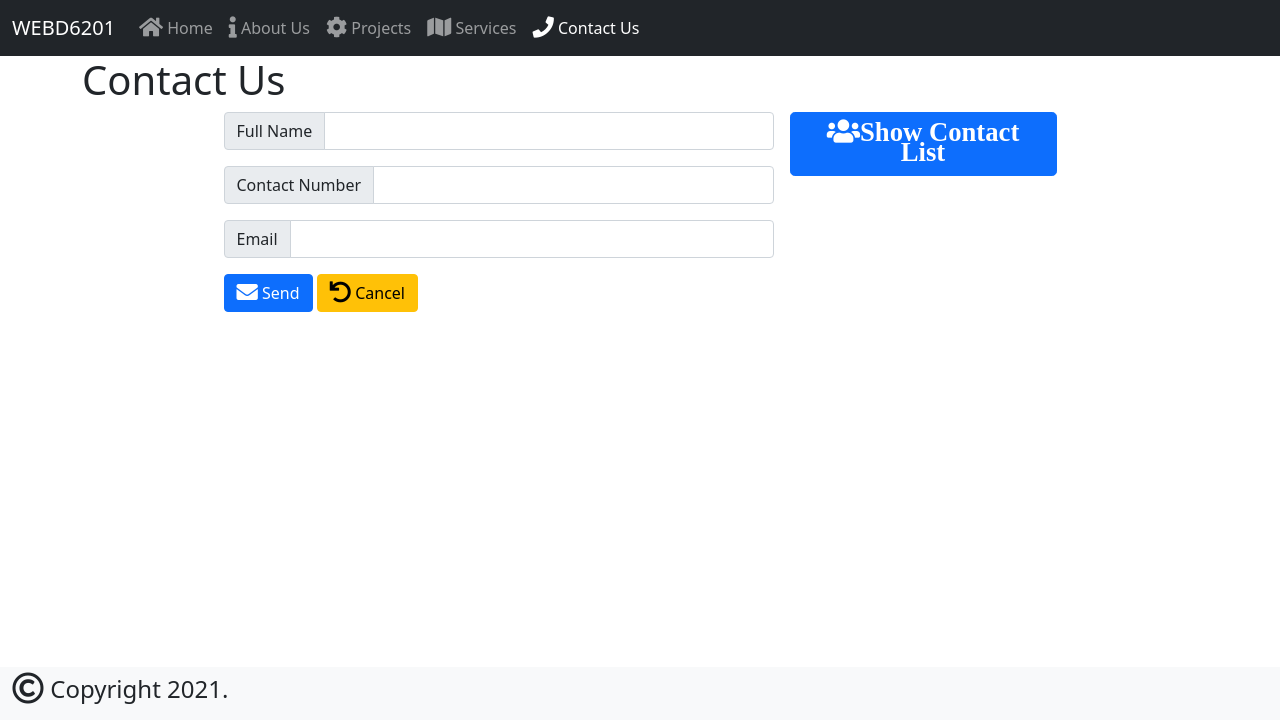
Repository: MuzhdaEhsan/WEBD6201-W2021-Lab1
Page: contact.html
An editor plug-in stored every save of this project. The page is shown before and after the next save, followed by the edit.
The browser window is 1280 px wide. The pictures show the whole page.

Above is the page before, as saved 2021-02-06 18:05:18.
Console error: TypeError: Cannot read properties of null (reading 'addEventListener')

After the next save:
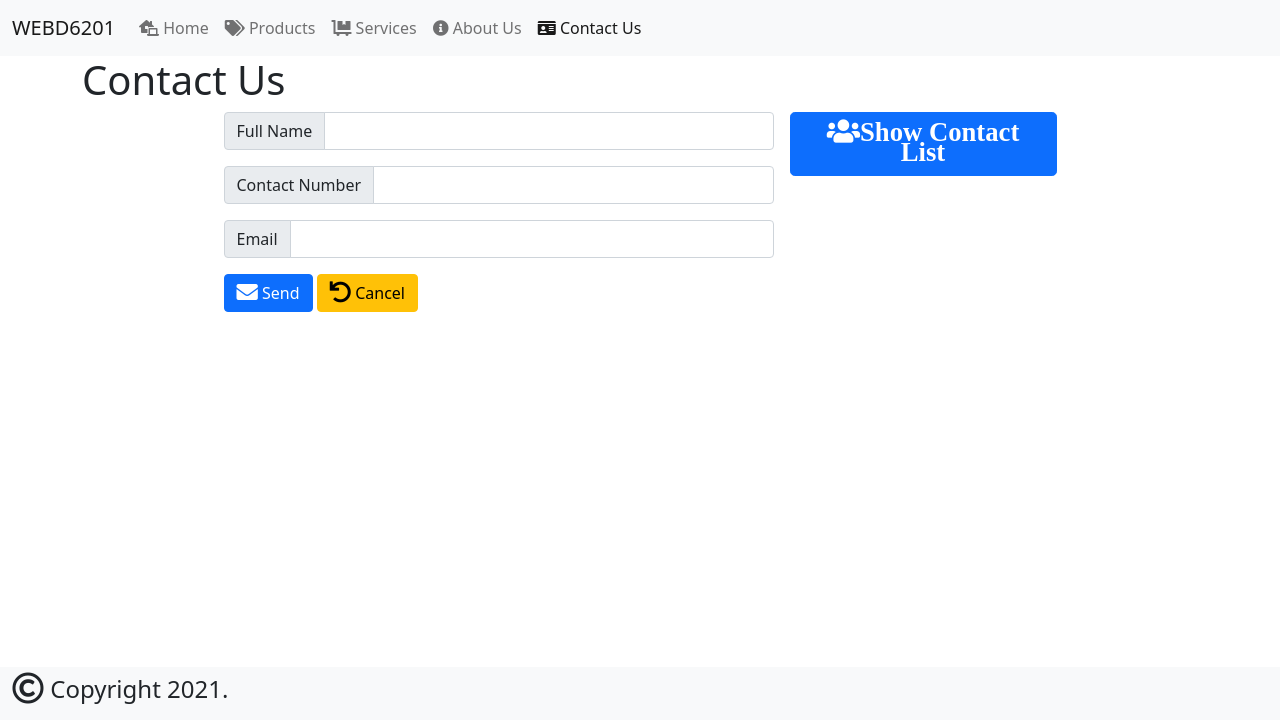
Saved 43 s later.
--- a/contact.html
+++ b/contact.html
@@ -13,37 +13,37 @@
     <!-- Main Header -->
     <header>
         <!-- Main Navigation -->
-        <nav class="navbar navbar-expand-lg navbar-dark bg-dark">
-            <div class="container-fluid">
-              <a class="navbar-brand" href="index.html">WEBD6201</a>
-              <button class="navbar-toggler" type="button" data-bs-toggle="collapse" data-bs-target="#navbarSupportedContent" aria-controls="navbarSupportedContent" aria-expanded="false" aria-label="Toggle navigation">
-                <span class="navbar-toggler-icon"></span>
-              </button>
-              <div class="collapse navbar-collapse" id="navbarSupportedContent">
-                <ul class="navbar-nav me-auto mb-2 mb-lg-0">
-                  <li class="nav-item">
-                    <a class="nav-link" aria-current="page" href="index.html"><i class="fas fa-home fa-lg"></i> Home</a>
-                  </li>
+        <nav class="navbar navbar-expand-lg navbar-light bg-light">
+          <div class="container-fluid">
+            <a class="navbar-brand" href="index.html">WEBD6201</a>
+            <button class="navbar-toggler" type="button" data-bs-toggle="collapse" data-bs-target="#navbarSupportedContent" aria-controls="navbarSupportedContent" aria-expanded="false" aria-label="Toggle navigation">
+              <span class="navbar-toggler-icon"></span>
+            </button>
+            <div class="collapse navbar-collapse" id="navbarSupportedContent">
+              <ul class="navbar-nav me-auto mb-2 mb-lg-0">
+                <li class="nav-item">
+                  <a class="nav-link " aria-current="page" href="index.html"><i class="fas fa-laptop-house"></i> Home</a>
+                </li>
 
-                  <li class="nav-item">
-                    <a class="nav-link" aria-current="page" href="about.html"><i class="fas fa-info fa-lg"></i> About Us</a>
-                  </li>
+                <li class="nav-item">
+                  <a class="nav-link" aria-current="page" href="projects.html"><i class="fas fa-tags"></i> Products</a>
+                </li>
 
-                  <li class="nav-item">
-                    <a class="nav-link" aria-current="page" href="projects.html"><i class="fas fa-cog fa-lg"></i> Projects</a>
-                  </li>
+                <li class="nav-item">
+                  <a class="nav-link" aria-current="page" href="services.html"><i class="fas fa-dolly-flatbed"></i> Services</a>
+                </li>
 
-                  <li class="nav-item">
-                    <a class="nav-link" aria-current="page" href="services.html"><i class="fas fa-map fa-lg"></i> Services</a>
-                  </li>
+                <li class="nav-item">
+                  <a class="nav-link" aria-current="page" href="about.html"><i class="fas fa-info-circle"></i> About Us</a>
+                </li>
 
-                  <li class="nav-item">
-                    <a class="nav-link active" aria-current="page" href="contact.html"><i class="fas fa-phone fa-lg"></i> Contact Us</a>
-                  </li>
-                </ul>
-              </div>
+                <li class="nav-item">
+                  <a class="nav-link active" aria-current="page" href="contact.html"><i class="fas fa-id-card"></i> Contact Us</a>
+                </li>
+              </ul>
             </div>
-          </nav>
+          </div>
+        </nav>
     </header>
 
     <!-- Main Content -->
